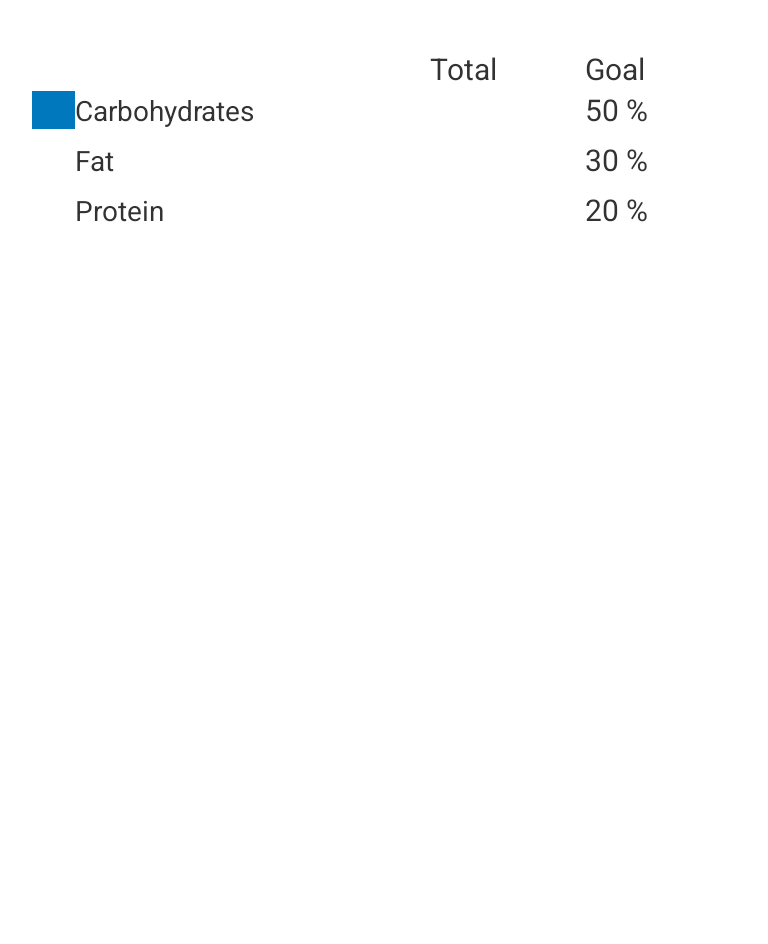
Repository: JieD/nutriy
Layout: NutriY/res/layout/fragment_nutrition_chart.xml
These files come from the project's save history. The layout is drawn as it stood at one moment and after the next save; the edit follows.
The pictures show rows 336 to 1280 of an output 1280 px tall.
It is drawn on a 768 x 1280 px phone screen (xhdpi) without system bars, with theme AppTheme; the app's code is not run.

Above is the layout before, as saved 2014-05-11 05:15:09.

After the next save:
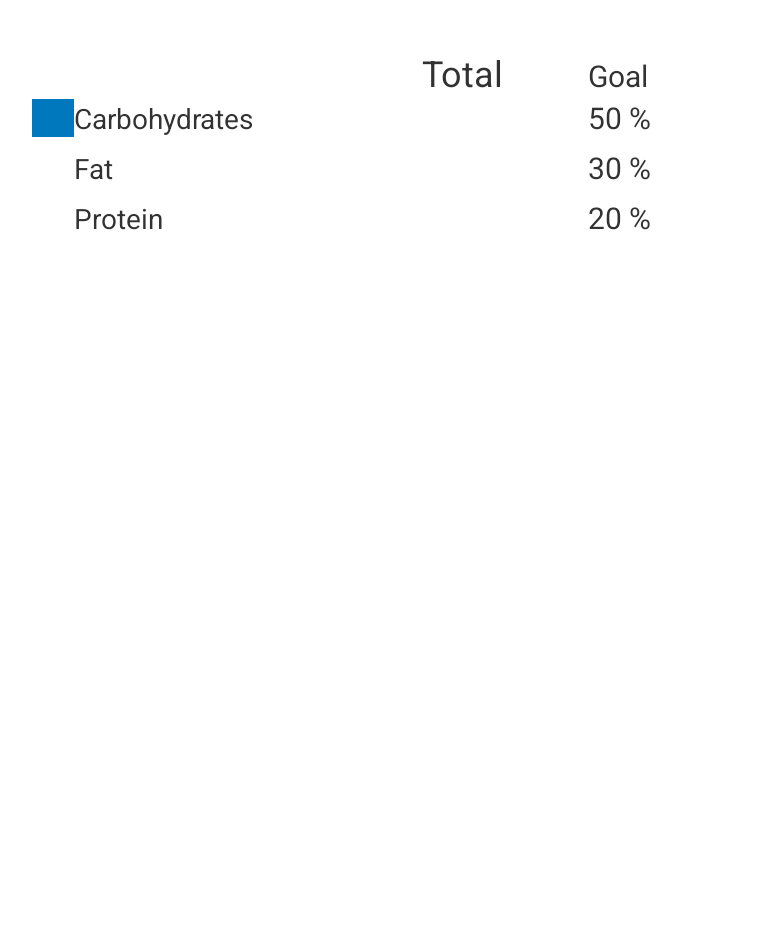
Saved 4 min 28 s later.
--- a/NutriY/res/layout/fragment_nutrition_chart.xml
+++ b/NutriY/res/layout/fragment_nutrition_chart.xml
@@ -44,7 +44,7 @@
              <TextView
                  android:layout_weight="2"
                  android:text="@string/total"
-                 android:textSize="@dimen/medium_text_size" />
+                 android:textSize="@dimen/medium_large_text_size" />
              <TextView
                  android:layout_weight="2"
                  android:text="@string/goal"

After the save that followed:
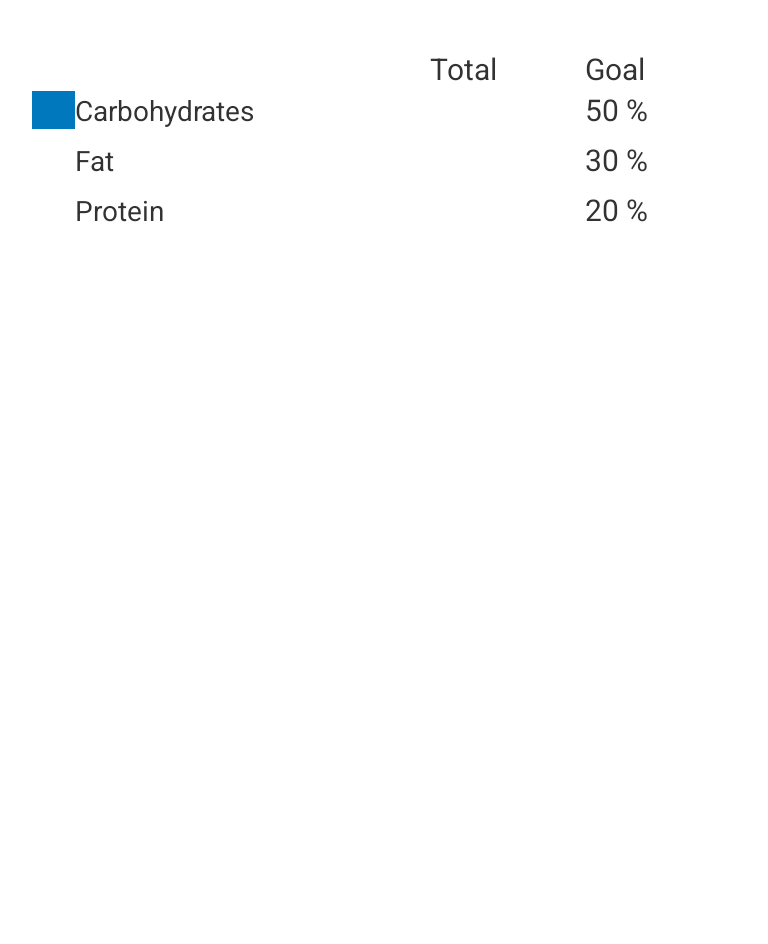
Saved 38 s later.
--- a/NutriY/res/layout/fragment_nutrition_chart.xml
+++ b/NutriY/res/layout/fragment_nutrition_chart.xml
@@ -44,7 +44,7 @@
              <TextView
                  android:layout_weight="2"
                  android:text="@string/total"
-                 android:textSize="@dimen/medium_large_text_size" />
+                 android:textSize="@dimen/medium_text_size" />
              <TextView
                  android:layout_weight="2"
                  android:text="@string/goal"
